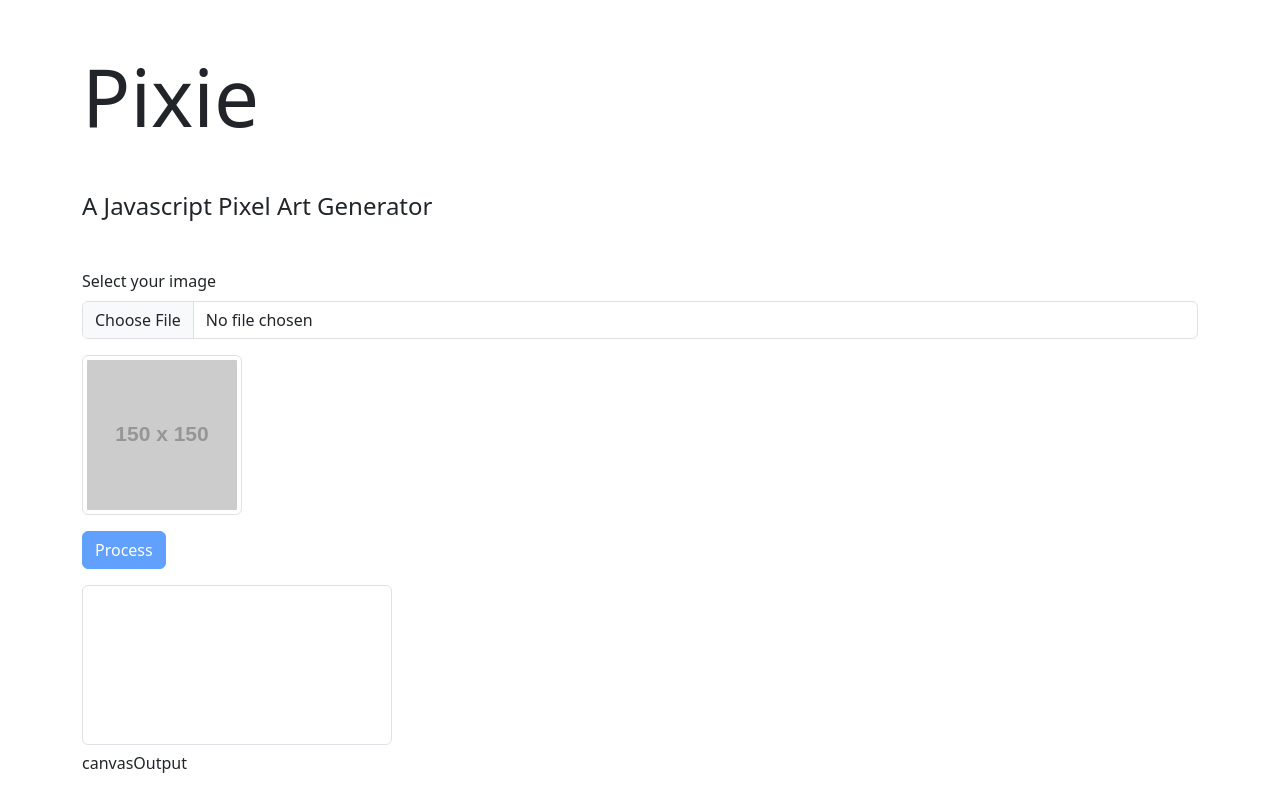
Repository: BigEmperor26/Pixie
Page: index.html
An editor plug-in stored every save of this project. The page is shown before and after the next save, followed by the edit.
The browser window is 1280 px wide. The pictures show the whole page.

Above is the page before, as saved 2023-12-08 15:26:42.
Console error: ReferenceError: onOpenCvReady is not defined

After the next save:
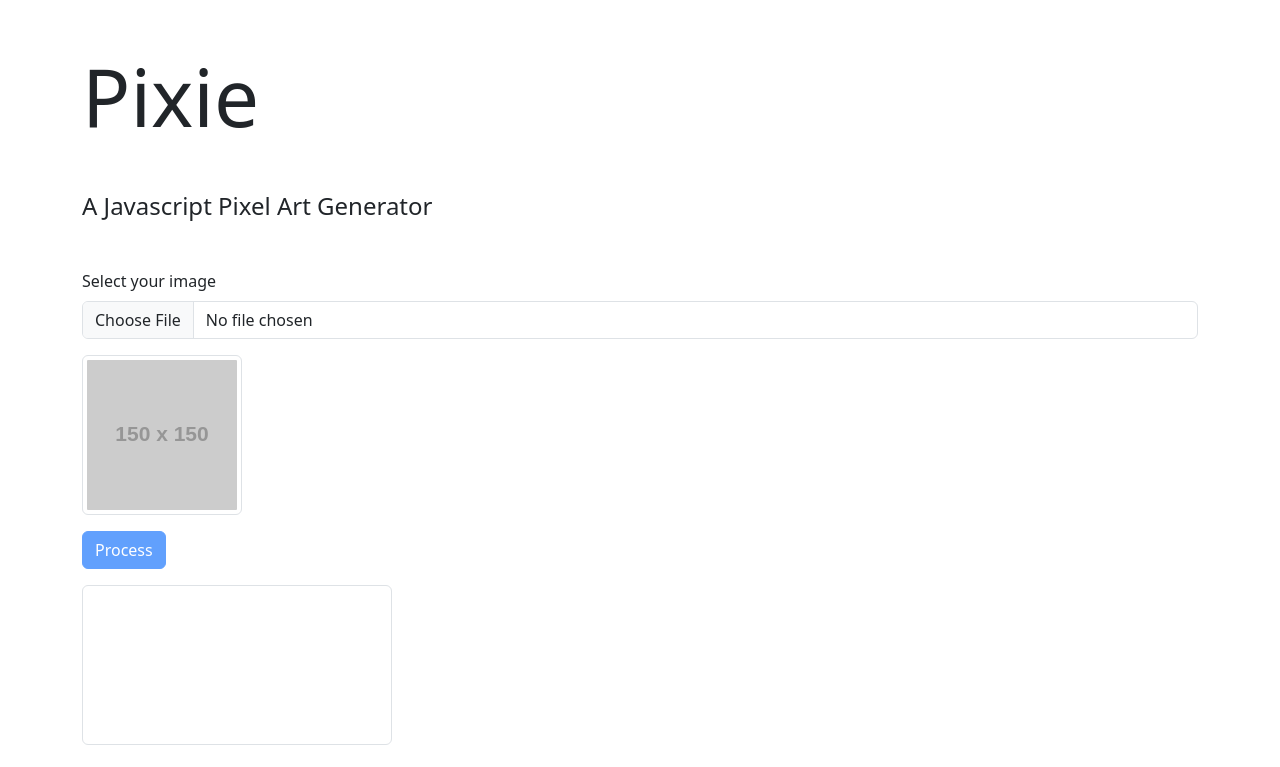
Saved 7 s later.
--- a/index.html
+++ b/index.html
@@ -23,7 +23,6 @@
     <div class="my-3">
         <!-- <img src="https://via.placeholder.com/150" class="img-thumbnail" alt="..." onclick="" id="imageOut"> -->
         <canvas id="canvasOutput" class="img-thumbnail" src="https://via.placeholder.com/150" ></canvas>
-        <div class="caption">canvasOutput</div>
     </div>
     </div>
     <script src="https://cdn.jsdelivr.net/npm/bootstrap@5.3.2/dist/js/bootstrap.bundle.min.js" integrity="sha384-C6RzsynM9kWDrMNeT87bh95OGNyZPhcTNXj1NW7RuBCsyN/o0jlpcV8Qyq46cDfL" crossorigin="anonymous"></script>
